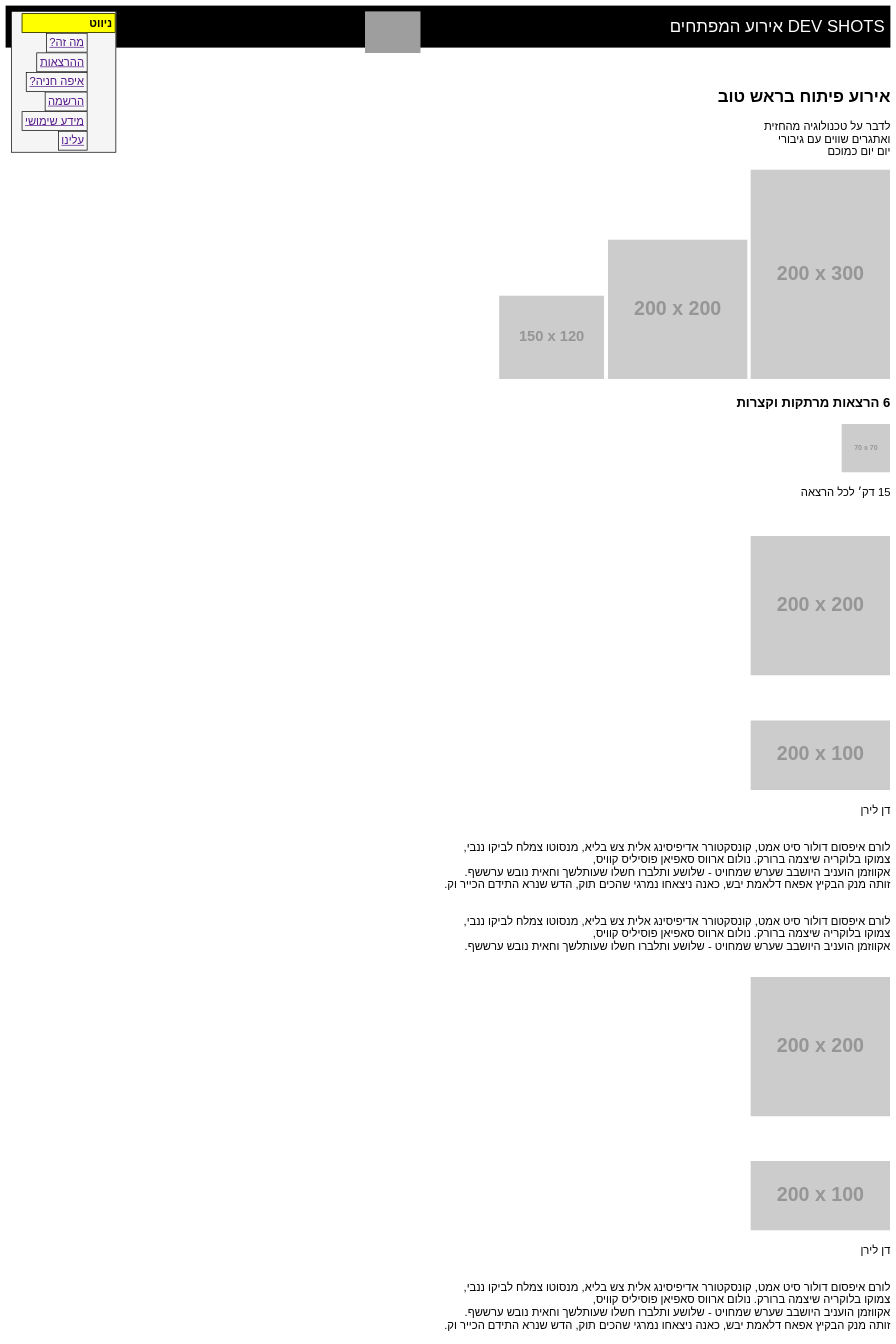
Repository: Julian-Escobar/DevShots
Page: index.html
These files come from the project's save history. The page is drawn as it stood at one moment and after the next save; the edit follows.
The browser window is 1280 px wide. The pictures show the part of the page from y = 0 to 1920 px (the page is 7870 px tall), at 70% of full size.
Pictures or frames that could not be fetched are drawn as grey boxes.

Above is the page before, as saved 2018-08-25 17:18:39.

### index.html
<!DOCTYPE HTML>
<html>
  <head>
      <link rel="stylesheet" href="style.css">
        <style>

                body{
                    text-align: right;
                    direction: rtl;
                }
        </style>
  </head>
  <body>
      <!--header-->
       <header>
        <h2 class="title">   DEV SHOTS אירוע המפתחים  </h2>
       <div ><a ></a><img class="netcraftlogo" src="https://cdn.dribbble.com/users/277968/screenshots/1639449/netcraftdev_1x.png" alt="netcraft logo"></a> </div>
        <div class="dropdownnav"> <nav>
            <dl>
              <dt ><div class="navtitle"> <b>ניווט</b></dt><dd>
                  <a class="navlink" href=""> מה זה? </a></dd><dd>
                      <a class="navlink" href=""> ההרצאות </a></dd><dd>
                          <a class="navlink" href=""> איפה חניה? </a></dd><dd>
                              <a class="navlink" href=""> הרשמה </a></dd><dd>
                                  <a class="navlink" href=""> מידע שימושי </a></dd><dd>
                                      <a class="navlink" href=""> עלינו </a></dd>
                                    </dl>
        </nav> </div>
       </header>
       <br> <br>

       <!--section 1-->
       <section class="section1 conteiner" >
               <div> <h1 class="secondtitle">אירוע פיתוח בראש טוב</h1>
                     <p> לדבר על טכנולוגיה מהחזית <br>ואתגרים שווים עם גיבורי<br> יום יום כמוכם</p>
               </div>
          <a class="robot 1"href="https://placeholder.com"><img src="https://via.placeholder.com/200x300" alt="robot1 image"></a>
          <a class="robot 2"href="https://placeholder.com"><img src="https://via.placeholder.com/200x200" alt="robot2 image"></a>
          <a class="robot 3"href="https://placeholder.com"><img src="https://via.placeholder.com/150x120" alt="robot3 image"></a>
       </section>

              <!--section 2 lectures-->
        <section class="section2 conteiner">
                    <h3>6 הרצאות מרתקות וקצרות</h3>
                    <div class="lecture time"> <a class="clock icon"href="https://placeholder.com"><img src="https://via.placeholder.com/70x70"alt="clock icon"> </a>
                    <p>15 דק׳ לכל הרצאה</p></div>
                    <br>
                    <br>

                  <article class="lecture container">
                            <a class="prof picture"href="https://placeholder.com"><img src="https://via.placeholder.com/200x200" alt="lecturer photo"></a>
                             <h3 class="card title">חומריות בעולם הגידיטל</h3>
                             <a class="bubble image"href="https://placeholder.com"><img src="https://via.placeholder.com/200x100"alt="bubble image"></a>
                                <p class="prof name">דן לירן</p> </div>
                                <p class=><br>לורם איפסום דולור סיט אמט, קונסקטורר אדיפיסינג אלית צש בליא, מנסוטו צמלח לביקו ננבי,
                                        <br>צמוקו בלוקריה שיצמה ברורק. נולום ארווס סאפיאן פוסיליס קוויס,
                                        <br>אקווזמן הועניב היושבב שערש שמחויט - שלושע ותלברו חשלו שעותלשך וחאית נובש ערששף.
                                        <br> זותה מנק הבקיץ אפאח דלאמת יבש, כאנה ניצאחו נמרגי שהכים תוק, הדש שנרא התידם הכייר וק.</p>
                                    <p><br>לורם איפסום דולור סיט אמט, קונסקטורר אדיפיסינג אלית צש בליא, מנסוטו צמלח לביקו ננבי,
                                        <br> צמוקו בלוקריה שיצמה ברורק. נולום ארווס סאפיאן פוסיליס קוויס,
                                        <br>  אקווזמן הועניב היושבב שערש שמחויט - שלושע ותלברו חשלו שעותלשך וחאית נובש ערששף. </p>

                 </article>
                 <br>
                 <article class="lecture container">
                        <a class="prof picture"href="https://placeholder.com"><img src="https://via.placeholder.com/200x200"alt="lecturer photo"></a>
                         <h3 class="card title">חומריות בעולם הגידיטל</h3>
                         <a class="bubble image"href="https://placeholder.com"><img src="https://via.placeholder.com/200x100"alt="bubble image"></a>
                            <p class="prof name">דן לירן</p> </div>
                            <p class=><br>לורם איפסום דולור סיט אמט, קונסקטורר אדיפיסינג אלית צש בליא, מנסוטו צמלח לביקו ננבי,
                                    <br>צמוקו בלוקריה שיצמה ברורק. נולום ארווס סאפיאן פוסיליס קוויס,
                                    <br>אקווזמן הועניב היושבב שערש שמחויט - שלושע ותלברו חשלו שעותלשך וחאית נובש ערששף.
                                    <br> זותה מנק הבקיץ אפאח דלאמת יבש, כאנה ניצאחו נמרגי שהכים תוק, הדש שנרא התידם הכייר וק.</p>
                                <p><br>לורם איפסום דולור סיט אמט, קונסקטורר אדיפיסינג אלית צש בליא, מנסוטו צמלח לביקו ננבי,
                                    <br> צמוקו בלוקריה שיצמה ברורק. נולום ארווס סאפיאן פוסיליס קוויס,
                                    <br>  אקווזמן הועניב היושבב שערש שמחויט - שלושע ותלברו חשלו שעותלשך וחאית נובש ערששף. </p>

             </article>

             <br>
             <article class="lecture container">
                    <a class="prof picture"href="https://placeholder.com"><img src="https://via.placeholder.com/200x200"alt="lecturer photo"></a>
                    <h3 class="card title">חומריות בעולם הגידיטל</h3>
                     <a class="bubble image"href="https://placeholder.com"><img src="https://via.placeholder.com/200x100"alt="bubble image"></a>
                        <p class="prof name">דן לירן</p> </div>
                        <p class=><br>לורם איפסום דולור סיט אמט, קונסקטורר אדיפיסינג אלית צש בליא, מנסוטו צמלח לביקו ננבי,
                                <br>צמוקו בלוקריה שיצמה ברורק. נולום ארווס סאפיאן פוסיליס קוויס,
                                <br>אקווזמן הועניב היושבב שערש שמחויט - שלושע ותלברו חשלו שעותלשך וחאית נובש ערששף.
                                <br> זותה מנק הבקיץ אפאח דלאמת יבש, כאנה ניצאחו נמרגי שהכים תוק, הדש שנרא התידם הכייר וק.</p>
                            <p><br>לורם איפסום דולור סיט אמט, קונסקטורר אדיפיסינג אלית צש בליא, מנסוטו צמלח לביקו ננבי,
                                <br> צמוקו בלוקריה שיצמה ברורק. נולום ארווס סאפיאן פוסיליס קוויס,
                                <br>  אקווזמן הועניב היושבב שערש שמחויט - שלושע ותלברו חשלו שעותלשך וחאית נובש ערששף. </p>

         </article>
         <br>

         <article class="lecture container">
                <a class="prof picture"href="https://placeholder.com"><img src="https://via.placeholder.com/200x200"alt="lecturer photo"></a>
                <h3 class="card title">חומריות בעולם הגידיטל</h3>
                <a class="bubble image"href="https://placeholder.com"><img src="https://via.placeholder.com/200x100"alt="bubble image"></a>
                    <p class="prof name">דן לירן</p> </div>
                    <p class=><br>לורם איפסום דולור סיט אמט, קונסקטורר אדיפיסינג אלית צש בליא, מנסוטו צמלח לביקו ננבי,
                            <br>צמוקו בלוקריה שיצמה ברורק. נולום ארווס סאפיאן פוסיליס קוויס,
                            <br>אקווזמן הועניב היושבב שערש שמחויט - שלושע ותלברו חשלו שעותלשך וחאית נובש ערששף.
                            <br> זותה מנק הבקיץ אפאח דלאמת יבש, כאנה ניצאחו נמרגי שהכים תוק, הדש שנרא התידם הכייר וק.</p>
                        <p><br>לורם איפסום דולור סיט אמט, קונסקטורר אדיפיסינג אלית צש בליא, מנסוטו צמלח לביקו ננבי,
                            <br> צמוקו בלוקריה שיצמה ברורק. נולום ארווס סאפיאן פוסיליס קוויס,
                            <br>  אקווזמן הועניב היושבב שערש שמחויט - שלושע ותלברו חשלו שעותלשך וחאית נובש ערששף. </p>

     </article>
     <br>

     <article class="lecture container">
            <a class="prof picture"href="https://placeholder.com"><img src="https://via.placeholder.com/200x200"alt="lecturer photo"></a>
             <h3 class="card title">חומריות בעולם הגידיטל</h3>
             <a class="bubble image"href="https://placeholder.com"><img src="https://via.placeholder.com/200x100"alt="bubble image"></a>
                <p class="prof name">דן לירן</p> </div>
                <p class=><br>לורם איפסום דולור סיט אמט, קונסקטורר אדיפיסינג אלית צש בליא, מנסוטו צמלח לביקו ננבי,
                        <br>צמוקו בלוקריה שיצמה ברורק. נולום ארווס סאפיאן פוסיליס קוויס,
                        <br>אקווזמן הועניב היושבב שערש שמחויט - שלושע ותלברו חשלו שעותלשך וחאית נובש ערששף.
                        <br> זותה מנק הבקיץ אפאח דלאמת יבש, כאנה ניצאחו נמרגי שהכים תוק, הדש שנרא התידם הכייר וק.</p>
                    <p><br>לורם איפסום דולור סיט אמט, קונסקטורר אדיפיסינג אלית צש בליא, מנסוטו צמלח לביקו ננבי,
                        <br> צמוקו בלוקריה שיצמה ברורק. נולום ארווס סאפיאן פוסיליס קוויס,
                        <br>  אקווזמן הועניב היושבב שערש שמחויט - שלושע ותלברו חשלו שעותלשך וחאית נובש ערששף. </p>

 </article>

 <br>
 <article class="lecture container">
        <a class="prof picture"href="https://placeholder.com"><img src="https://via.placeholder.com/200x200"alt="lecturer photo"></a>
         <h3 class="card title">חומריות בעולם הגידיטל</h3>
         <a class="bubble image"href="https://placeholder.com"><img src="https://via.placeholder.com/200x100"alt="bubble image"></a>
            <p class="prof name">דן לירן</p> </div>
            <p class=><br>לורם איפסום דולור סיט אמט, קונסקטורר אדיפיסינג אלית צש בליא, מנסוטו צמלח לביקו ננבי,
                    <br>צמוקו בלוקריה שיצמה ברורק. נולום ארווס סאפיאן פוסיליס קוויס,
                    <br>אקווזמן הועניב היושבב שערש שמחויט - שלושע ותלברו חשלו שעותלשך וחאית נובש ערששף.
                    <br> זותה מנק הבקיץ אפאח דלאמת יבש, כאנה ניצאחו נמרגי שהכים תוק, הדש שנרא התידם הכייר וק.</p>
                <p><br>לורם איפסום דולור סיט אמט, קונסקטורר אדיפיסינג אלית צש בליא, מנסוטו צמלח לביקו ננבי,
                    <br> צמוקו בלוקריה שיצמה ברורק. נולום ארווס סאפיאן פוסיליס קוויס,
                    <br>  אקווזמן הועניב היושבב שערש שמחויט - שלושע ותלברו חשלו שעותלשך וחאית נובש ערששף. </p>
</article>
<div> <a class="robot4"> <img src="https://via.placeholder.com/70x70"alt="robot4 image"> </a></div>
</section>


<!--section 3 directions-->

<section>
    <article>
    <h4> אז איפה שמים את האוטו?</h4>
    <p>ועוד כמה פרטים חשובים...</p>
    <p> הערב יערך במועדון הסבל</p>
    <address> דרך שלומו 53, תל אביב</address>
 <div class="buses container">
       <hr class=line1>
       <p>מתכנסים בשעה</p>
       <p><big> 18:30 </big></p>
       <hr class=line1>
       <dl>
            <dt>חניה</dt>
              <hr class=line1>
              <dd>1. חניון אלי פלט</dd>
              <dd>2. רחוב אלפסי</dd>
              <dd>3. רחוב חיים בן אתר</dd>
       </dl>
 </div>

 <div class="buses container">
                <hr class=line1>
                <p>מתחילים בשעה:</p>
                <p><big> 19:00 </big></p>
                <hr class=line1>
                <dl>

                     <dt>אוטובוסים</dt>
                       <hr class=line1>
                       <dd>1. רכבת מרכז - 142,42</dd>
                       <dd>2. תחנה מרכזית - 163, 201, 96</dd>
                </dl>
 </div>
 <div class="map">
        <a class="map"> <img src="https://via.placeholder.com/400x400" alt="map image"> </a></div>
        <a class="lupa"> <img src="https://via.placeholder.com/15x15" alt="lupa icon"> </a></div>
        <a href="url">למפה המלאה</a>
</div> </article> </section>
<br>

<!--section 4 contact-->
<h5> הרשמה </h5>
<p>הכניסה היא בחינם אבל מספר המקומות מצומצם.</p>
<p> הערב יערך במועדון הסבנשמח אם תרשמו רק אם אתם מתכוונים להגיע- כדי שלא נסרב למישהו אחר</p>
<hr class=line3>
<p>כל הפרטים אישיים ישארו חסומים ולא נעביא אותם לאף אחד</p>
<hr class=line3>
<br>
<br>

<form action="" method="post">
    <div>
        <label for="name">שם מלא</label>
        <input type="text" placeholder="פרטי וגם משפחה" id="name" name="user_name">
    </div>
    <div>
        <label for="position">תפקיד</label>
        <input  type="position" placeholder="מה אתם עושים ביום יום" id="position" name="user_position">
    </div>
    <div>
            <label for="organization">ארגון</label>
            <input  type="organization" placeholder="מי משלם לכם משכורת" id="organization" name="user_organization">
        </div>
    <div>
            <label for="phone">מספר טלפון</label>
            <input  type="phone" placeholder="או סלולרי, לנו זה לא איכפת" id="phone" name="user_phone">
        </div>
        <div>
                <label for="friends">יש חברים?</label>
                <input  type="friends" placeholder="יש מלא אבל אני בא לבד" id="friends" name="user_friends">
            </div>
            <button name="button">זהו שלח אותי</button>
    </form>
    <br>

<!--section 5 Useful information-->

<section>
    <h6><big>מידע שימושי</big></h6>

    <article> <div class="card2"> <a class="card2 image"> <img src="https://via.placeholder.com/100x100"alt="card image"></a><h3 class="car2 title">קונסקטורר אדיפיסינג אלית</h3>
        <p class="p card2">לורם איפסום דולור סיט אמט, קונסקטורר אדיפיסינג אלית נולום ארווס סאפיאן - פוסיליס קוויס, אקווזמן קולורס מונפרד אדנדום סילקוף, מרגשי ומרגשח</p>
    </div></article>

    <article> <div class="card2"> <a class="card2 image"> <img src="https://via.placeholder.com/100x100"alt="card image"></a><h3 class="car2 title">קונסקטורר אדיפיסינג אלית</h3>
        <p class="p card2">לורם איפסום דולור סיט אמט, קונסקטורר אדיפיסינג אלית נולום ארווס סאפיאן - פוסיליס קוויס, אקווזמן קולורס מונפרד אדנדום סילקוף, מרגשי ומרגשח</p>
    </div></article>

    <article> <div class="card2"> <a class="card2 image"> <img src="https://via.placeholder.com/100x100"alt="card image"></a><h3 class="car2 title">קונסקטורר אדיפיסינג אלית</h3>
        <p class="p card2">לורם איפסום דולור סיט אמט, קונסקטורר אדיפיסינג אלית נולום ארווס סאפיאן - פוסיליס קוויס, אקווזמן קולורס מונפרד אדנדום סילקוף, מרגשי ומרגשח</p>
    </div></article>

    <article> <div class="card2"> <a class="card2 image"> <img src="https://via.placeholder.com/100x100"alt="card image"></a><h3 class="car2 title">קונסקטורר אדיפיסינג אלית</h3>
        <p class="p card2">לורם איפסום דולור סיט אמט, קונסקטורר אדיפיסינג אלית נולום ארווס סאפיאן - פוסיליס קוויס, אקווזמן קולורס מונפרד אדנדום סילקוף, מרגשי ומרגשח</p>
    </div></article>

    <article> <div class="card2"> <a class="card2 image"> <img src="https://via.placeholder.com/100x100"alt="card image"></a><h3 class="car2 title">קונסקטורר אדיפיסינג אלית</h3>
        <p class="p card2">לורם איפסום דולור סיט אמט, קונסקטורר אדיפיסינג אלית נולום ארווס סאפיאן - פוסיליס קוויס, אקווזמן קולורס מונפרד אדנדום סילקוף, מרגשי ומרגשח</p>
    </div></article>

    <article> <div class="card2"> <a class="card2 image"> <img src="https://via.placeholder.com/100x100"alt="card image"></a><h3 class="car2 title">קונסקטורר אדיפיסינג אלית</h3>
        <p class="p card2">לורם איפסום דולור סיט אמט, קונסקטורר אדיפיסינג אלית נולום ארווס סאפיאן - פוסיליס קוויס, אקווזמן קולורס מונפרד אדנדום סילקוף, מרגשי ומרגשח</p>
    </div></article>

    <a class="bottom robot"> <img src="https://via.placeholder.com/200x100"></a>
</section>

<!--section 6 footer-->
<section>
    <div class="footer div"><H3 class="footer title"> קצת עלינו</H3></div>
            <sec> <div class="footer components"> <a class="netcraft logo"> <img src="https://via.placeholder.com/100x30"alt="net craft logo"></a> </div>
            <div class="footer components"><p><b><big> נטפרפט </big></b>ורם איפסום דולור סיט אמט, קונסקטורר אדיפיסינג אלית נולום ארווס סאפיאן - פוסיליס קוויס, אקווזמן קולורס מונפרד אדנדום סילקוף, מרגשי ומרגשח. עמחליף גולר מונפרר סוברט</p></div>
            <div class="footer components"> <a class="logo"> <img src="https://via.placeholder.com/30x30"></a> <p>לורם איפסום דולור סיט אמט</p> </div>
            <div class="footer components"> <a class="logo"> <img src="https://via.placeholder.com/30x30"></a> <p>לורם איפסום דולור סיט אמט</p> </div>
            <div class="footer components"> <a class="logo"> <img src="https://via.placeholder.com/30x30"></a> <p>לורם איפסום דולור סיט אמט</p> </div>
            <div class="footer components"> <a class="logo"> <img src="https://via.placeholder.com/30x30"></a> <p>לורם איפסום דולור סיט אמט</p> </div>

            <div class="footer detail"> <p> איפסום דולור סיט אמט | איפסום דולור סיט אמט | איפסום דולור סיט אמט | some info@here </p> <a class="logo netcraft small"> <img src="https://via.placeholder.com/30x12"alt="netcraft logo"></a>  </div></sec>
</section>

  </body>
</html>

### style.css
html {
    -moz-box-sizing: border-box;
    box-sizing: border-box;
}

*,
*:before,
*:after {
    box-sizing: inherit;
}

@font-face {
    font-family: 'Rubik', sans-serif;
    src: url("hhttps://fonts.googleapis.com/css?family=Rubik" );
}

body{
    font-family: 'Rubik', sans-serif;
}
header{
    display: flex;
    padding: 8px;
    justify-content: space-between;
    align-content: center;
    background-color: black;
    height: 60px;
    }

.title {
    font-weight: 100;
    color: white;
    align-self: center;
}
.dropdownnav {
    display: flex;
    width: 150px;
    height: 202px;
    align-items: center;
    background-color: whitesmoke;
    border: 1px solid black

}
.netcraftlogo {
    height:60px;
    align-self: center;

    }

    .navtitle {
        background-color: yellow;
        padding: 4px;
        border: 1px solid black
    }

    .navlink {
        background-color:rgb(247, 247, 247);
        padding: 4px;
        border: 1px solid black;
        align-self: right;
        display: inline-block;
        position: relative;
        z-index: 100;
    }

After the next save:
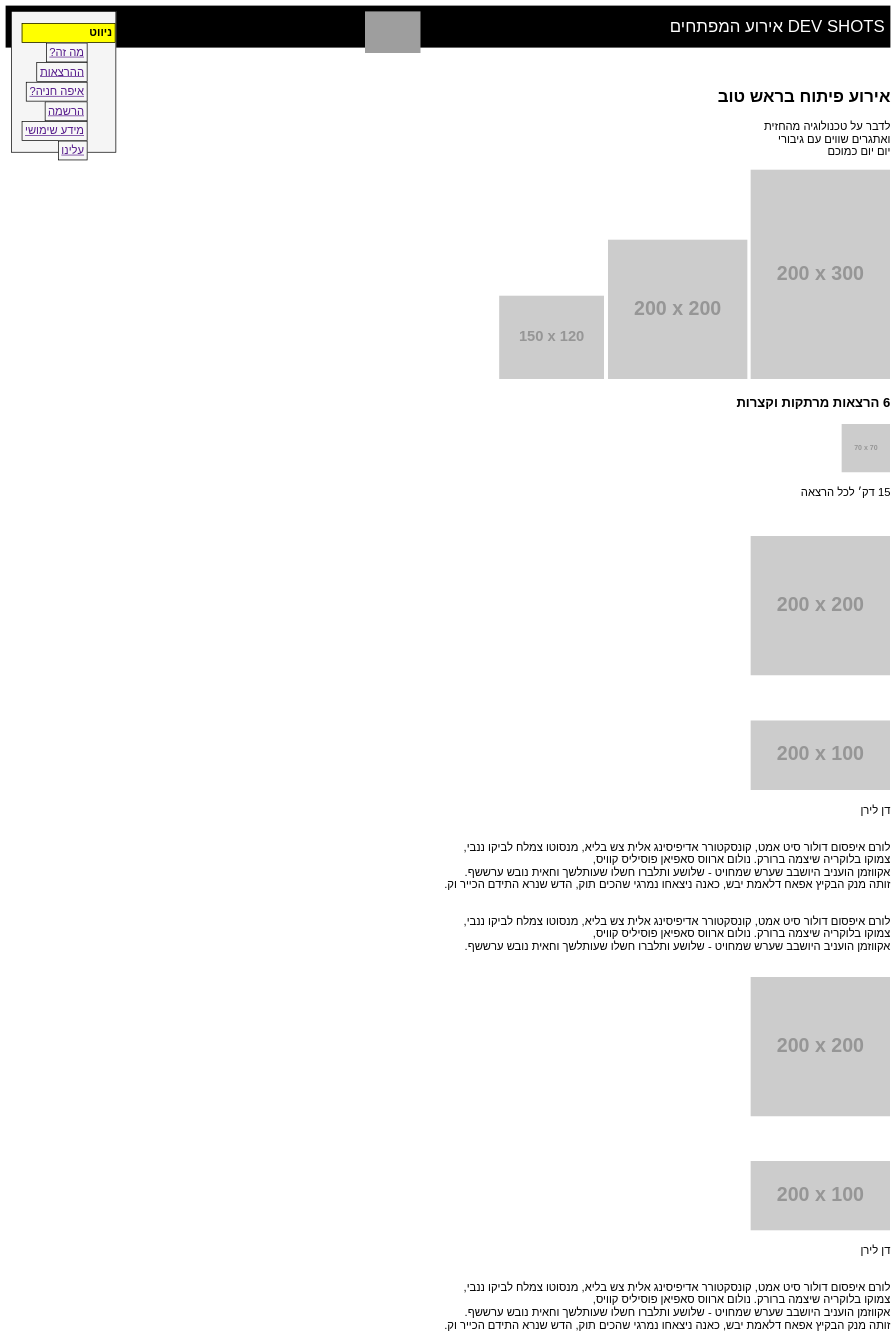
Saved 44 s later.
--- a/style.css
+++ b/style.css
@@ -35,7 +35,7 @@
     display: flex;
     width: 150px;
     height: 202px;
-    align-items: center;
+    align-items: right;
     background-color: whitesmoke;
     border: 1px solid black
 

After the save that followed:
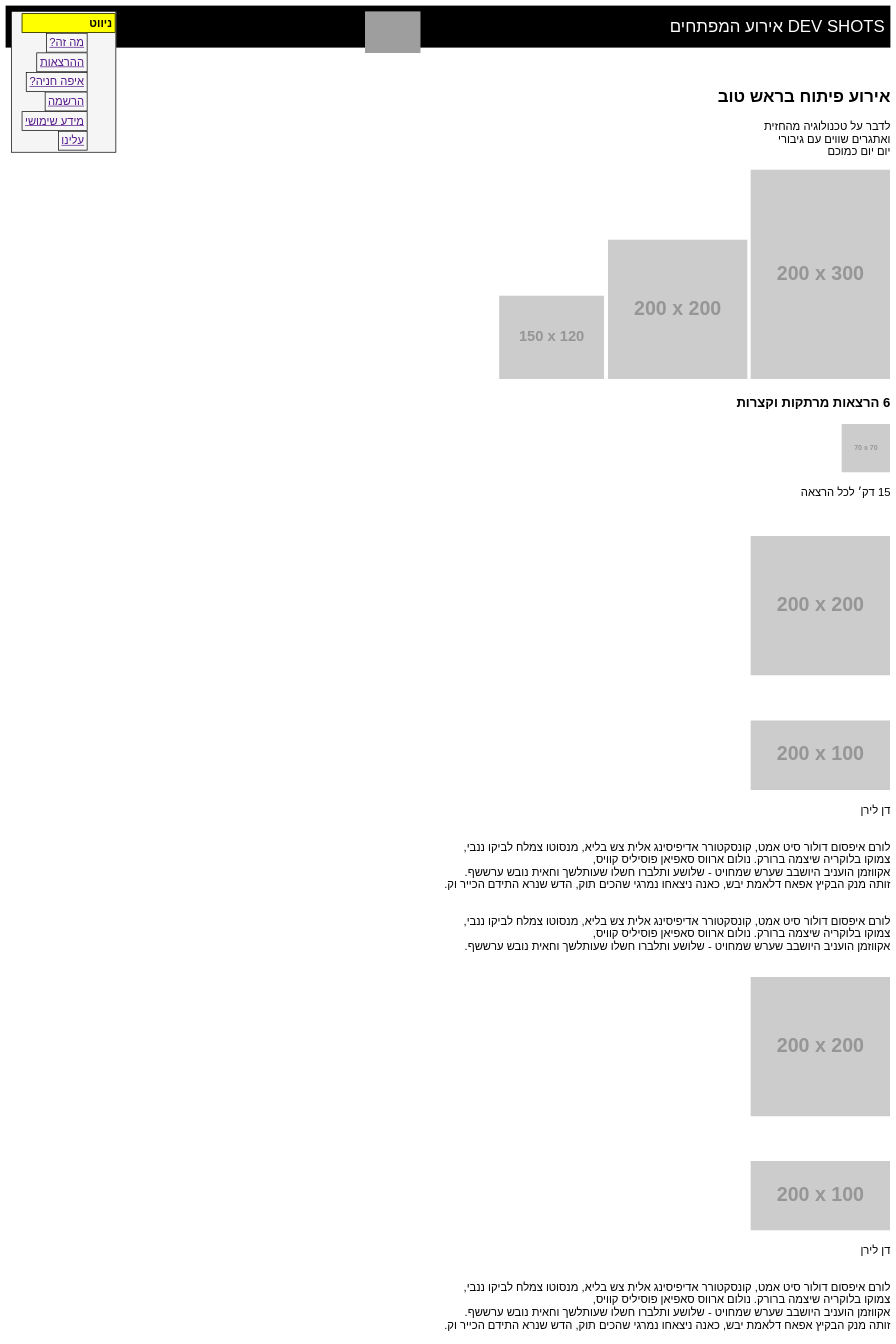
Saved 34 s later.
--- a/style.css
+++ b/style.css
@@ -35,7 +35,7 @@
     display: flex;
     width: 150px;
     height: 202px;
-    align-items: right;
+    align-items: center;
     background-color: whitesmoke;
     border: 1px solid black
 
